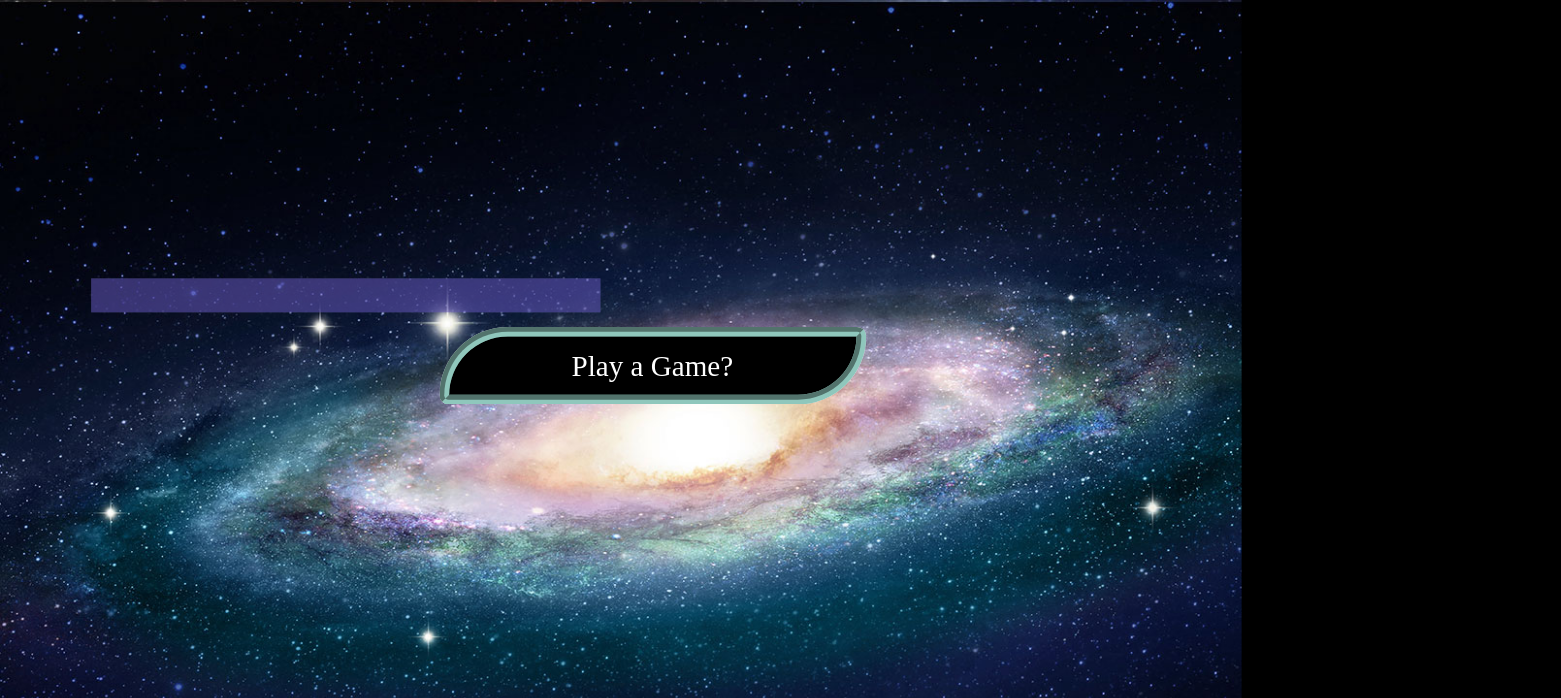
Repository: dsaftler/Trivia
Page: index.html
These files come from the project's save history. The page is drawn as it stood at one moment and after the next save; the edit follows.
The browser window is 1280 px wide. The page is 1609 px wide, so the pictures cover 1609 px, including what lies to the right of the window. The pictures show the whole page, at 97% of full size.
Some web fonts or font styles are not loaded; a fallback is used.

Above is the page before, as saved 2019-04-13 22:34:07.

### index.html
<!DOCTYPE html>
<html lang="en">
<head>
  <meta charset="UTF-8">
  <meta name="viewport" content="width=device-width, initial-scale=1.0">
  <meta http-equiv="X-UA-Compatible" content="ie=edge">
   <link rel="stylesheet" href="assets/css/reset.css" type="text/css">
  <link rel="stylesheet" href="https://stackpath.bootstrapcdn.com/bootstrap/4.3.1/css/bootstrap.min.css"
    integrity="sha384-ggOyR0iXCbMQv3Xipma34MD+dH/1fQ784/j6cY/iJTQUOhcWr7x9JvoRxT2MZw1T" crossorigin="anonymous">
  <!-- <link href="https://fonts.googleapis.com/css?family=Cherry+Swash:700" rel="stylesheet"> -->
  <link href="https://fonts.googleapis.com/css?family=Baumans" rel="stylesheet">
  <link rel="stylesheet" href="assets/css/glowing.css">

  <!-- custom css -->
  <link rel="stylesheet" href="assets/css/style.css" type="text/css">

  <title>Trivia Game</title>
</head>
<body>
<div class="container">

  <div class="scoreElements glowing darkblue">
   <div id="showWinsCnt"><span id="wins"></span></div>
   <div id="showLoseCnt"><span id="wrongs"></span></div>
   <div id="showMissCnt"><span id="misses"></span></div>
  </div>
  <div class='playElements'>
    <div id="timer"></div>
    <h2 class="showQuestion glowing darkblue" id="question"></h2>
    <ul class="showAnswers glowing darkblue">
    <li class="answers glowing cyan" id="answer0"><a href="#"></a></li>
    <li class="answers glowing darkblue" id="answer1"><a href="#"></a></li>
    <li class="answers glowing indigo" id="answer2"><a href="#"></a></li>
    <li class="answers glowing purple" id="answer3"><a href="#"></a></li>
    </ul>
    <div class="tmyk clearfix">
      <div class="extra glowing cyan"></div>
      <img class="image glowing darkblue">
    </div>
  </div>
  <div class="bgButton">
  <button class="glowing cyan" id="newGame" onclick="initGame()">Play a Game?</button>
  </div>
  <!-- <button id="temp1" onclick="newQuestion()">Next Question?</button> -->
</div>

<!-- bootstrap scripts -->
<script src="https://code.jquery.com/jquery-3.3.1.slim.min.js"
  integrity="sha384-q8i/X+965DzO0rT7abK41JStQIAqVgRVzpbzo5smXKp4YfRvH+8abtTE1Pi6jizo" crossorigin="anonymous"></script>
<script src="https://cdnjs.cloudflare.com/ajax/libs/popper.js/1.14.7/umd/popper.min.js"
  integrity="sha384-UO2eT0CpHqdSJQ6hJty5KVphtPhzWj9WO1clHTMGa3JDZwrnQq4sF86dIHNDz0W1" crossorigin="anonymous"></script>
<script src="https://stackpath.bootstrapcdn.com/bootstrap/4.3.1/js/bootstrap.min.js"
  integrity="sha384-JjSmVgyd0p3pXB1rRibZUAYoIIy6OrQ6VrjIEaFf/nJGzIxFDsf4x0xIM+B07jRM" crossorigin="anonymous"></script>
<script src="assets/javascript/app.js"></script>


</body>
</html>

### assets/css/glowing.css
/*!
 * Glowing.css - a simple pure CSS to make PNG or anything glow!
 * https://github.com/topex-psy/Glowing.css
 *
 * Version: 1.0
 * Author: Taufik Nur Rahmanda (https://www.facebook.com/TopEx.Divine)
 * Github: https://github.com/topex-psy

 * Made available under a MIT License:
 * http://www.opensource.org/licenses/mit-license.php
 */

.glowing {
	-webkit-filter: drop-shadow(0 0 0 rgba(255,255,255,.8));
	-webkit-transition: all .2s linear;
	-moz-transition: all .2s linear;
	-o-transition: all .2s linear;
	transition: all .2s linear;
}
.glowing.red:hover { -webkit-filter: drop-shadow(0 0 8px rgba(255,153,153,1)); }
.glowing.orange:hover { -webkit-filter: drop-shadow(0 0 8px rgba(244,173,66,1)); }
.glowing.yellow:hover { -webkit-filter: drop-shadow(0 0 8px rgba(244,241,66,1)); }
.glowing.green:hover { -webkit-filter: drop-shadow(0 0 8px rgba(83,244,66,1)); }
.glowing.cyan:hover { -webkit-filter: drop-shadow(0 0 8px rgba(0,255,221,1)); }
.glowing.lightblue:hover { -webkit-filter: drop-shadow(0 0 8px rgba(0,231,255,1)); }
.glowing.blue:hover { -webkit-filter: drop-shadow(0 0 8px rgba(0,153,255,1)); }
.glowing.darkblue:hover { -webkit-filter: drop-shadow(0 0 8px rgba(0,63,255,1)); }
.glowing.indigo:hover { -webkit-filter: drop-shadow(0 0 8px rgba(167,66,244,1)); }
.glowing.purple:hover { -webkit-filter: drop-shadow(0 0 8px rgba(244,66,232,1)); }
.glowing.magenta:hover { -webkit-filter: drop-shadow(0 0 8px rgba(255,109,194,1)); }
.glowing.pink:hover { -webkit-filter: drop-shadow(0 0 8px rgba(255,137,184,1)); }

.and { }
.quickly { -webkit-transition:-webkit-transform .05s !important;-moz-transition:-moz-transform .05s !important;-o-transition:-o-transform .05s !important;transition:transform .05s !important; }
.rotating:hover { -ms-transform:matrix(1.1,0.2,-0.2,1.1,0,0);-webkit-transform:matrix(1.1,0.2,-0.2,1.1,0,0);transform:matrix(1.1,0.2,-0.2,1.1,0,0); }
.zooming:hover { -ms-transform: scale(1.1,1.1);-webkit-transform: scale(1.1,1.1);transform: scale(1.1,1.1); }

.disco:hover {
	-webkit-animation-duration: 2s;
	-webkit-animation-timing-function: ease-in-out;
	-webkit-animation-iteration-count: infinite;
	-webkit-animation-name: disco;
	animation-duration: 2s;
	animation-timing-function: ease-in-out;
	animation-iteration-count: infinite;
	animation-name: disco;
}
@-webkit-keyframes disco {
	0%    { -webkit-filter: drop-shadow(0 0 8px rgba(255,153,153,1)); }
	25%  { -webkit-filter: drop-shadow(0 0 8px rgba(244,241,66,1)); }
	50%  { -webkit-filter: drop-shadow(0 0 8px rgba(0,153,255,1)); }
	75%  { -webkit-filter: drop-shadow(0 0 8px rgba(244,66,232,1)); }
	100%    { -webkit-filter: drop-shadow(0 0 8px rgba(255,153,153,1)); }
}

### assets/css/style.css
html {
  height: 100%;
}
body {
  height: 100%;
  margin: 0;
  padding:0;
  background-color: black;
   margin: auto;
  align-content: center;
  font-family: 'Baumans', cursive;
  color:white;
  font-size: 20px;
  font-weight: bolder;
}
h3{
  color: #8fc7bc;
  padding-top: 15px;

}
.container{
   height: 100%;
  margin: auto;
  background-image: url("../images/hubble.jpg");
  max-width: 1536px;
}
button{
  width:440px;
  height: 80px;
  margin: auto;
  margin-top: 15px;
  color:white;
  font-size: 30px;
  padding: 0px;
  background-color:black;
  border-color: #8fc7bc;
  border-style: groove;
  border-width: 10px;
  border-radius: 150px 20px;

}
.scoreElements{
align-content: center;
margin: auto;
width: 10%;
padding-top: 50px;
font-size: 24px;
}
#wins{
  text-align:center;
}
.bgButton{
  align-content:center;
  margin:auto;
  width:30%;
}
/* .showQuestion{
  font-size: 30px;
} */
ul li a {
  padding-left:20px;
  color: black;
  display: block;
  border-width: 3px;
  text-decoration: none;
  padding: 16px;
  width:50%
}

ul {
  list-style-type: circle;
}

li {
  display: block;
}

ul li a:hover {
  color: #7641f0;
  display: block;
  text-decoration: none;
}

li:hover {
  background-color:black;
}
.answers{
  padding-left: 5px;
  font-size: 22px;
}
.playElements {
  align-content: center;
  margin: auto;
  padding-top: 70px;
  align-content: center;
  margin: auto;
  width: 85%;
  padding-top: 70px;
}

#timer {
  font-size: 40px;
  font-weight: bolder;
}
.tmyk{
  padding-top:15px;
  width: 1500px;
  height:100%;
}
.extra{
  clear: both;
  float: left;
  width:35%;
  padding:15px;
  padding-bottom: 20px;
  margin-left: -15px;
  /* margin-top: 15px; */
  /* padding-top: 15px; */
  font-weight: lighter;
  background-color: rgba(22, 4, 152, .37);
  overflow: auto;
}
img{
  padding-top:15px;
  padding-left: 20px;
  clear: both;
  margin-left: 15px;
  max-width: 800px;
  height: auto;
  border:10px;
  border-color: #7641f0;
}

### assets/javascript/app.js
// Advanced game has a 30 second timer that counts down to 0 for each question !!!!!!!!!!!!  changed to 15 seconds
// If the timer is 0 OR  a wrong answer is chosen:
  // show the correct answer for 5 seconds
// display a new question
// restart the timer with no user interaction

// questions are contained in an array with question, array of answers, index of correct answer
// question shows in questionId
// "Correct"  or "Correct Answer" shows in answerId
// 4 possible answers show in 4 clickable buttons
// buttons have hover behavior
//  only one can be selected (by click)

// scores for Wins, Losses, and Unanswered are kept (correct, wrong, timer ==0)
// ask to play again in link
// click on play restarts the game without re-loading the page

var qArray =[];
var wins, wrongs, misses, seconds;
var correctAnswerId;
var timer;
var seconds;
var isNewGame = true;
var timerRunning=false;
var i;
var qArrayLength
var sayCorrect
var answerTime=10;
var displayInfoTime=5;
$(".answers").pointerEvents = "none";
$(document).ready(function () {
  //initGame();  // called by newGame button
  $(".answers").click(function() {
    stopTimer();
    $(".answers").css("pointer-events","none");
    //which answer did I click?
    var target = $(this).attr("id")
    for(let j = 0; j<4; j++) {
      jtarget = "answer" + j
      //console.log(jtarget)
      if (jtarget === target){
        if (j === correctAnswerId){
          showMe("win");
        } else {
          showMe("lose");
        }
      }
    }
  });
});


function initGame() {
  wins = 0;
  wrongs = 0;
  misses = 0;
  $(".scoreElements").hide();
  $(".playElements").hide();
  $(".answers.li").hide();
  $("#newGame").hide();
  loadQuestions();
  i = 0;
  newQuestion(i);
}

function newQuestion(i)
{
  console.log(i)
  if (i < qArrayLength){
    // show game pieces: question, answers
    $(".playElements").show();
    $("#timer").show();
    $(".tmyk").hide();
    q="Question "+(i+1)+":  "
    $("#question").text(q+(qArray[i].question));
    $("#answer0").text(qArray[i].ansArray[0]);
    //console.log(qArray[i].ansArray[0]);
    $("#answer1").text(qArray[i].ansArray[1]);
    $("#answer2").text(qArray[i].ansArray[2]);
    $("#answer3").text(qArray[i].ansArray[3]);
    correctAnswerId = qArray[i].correct;
    correctAnswer = qArray[i].ansArray[correctAnswerId]
    //console.log(qArray[i].ansArray[correctAnswerId]);
    info = qArray[i].extra;
    $(".answers").css("pointer-events", "auto");
    clearInterval(timer)
    seconds = answerTime;
    showTime();
    timer = setInterval(tick, 1000);
  } else {
    gameOver();
  }
}

function gameOver()
{
  $(".playElements").hide();
  $(".scoreElements").show();
  $("#showWinsCnt").text(wins + " Correct")
  $("#showLoseCnt").text( wrongs + " Wrong")
  $("#showMissCnt").text(  misses + " Time-Outs")
  $("#newGame").text("Play Again?"); // calls initGame
  $("#newGame").show();
}


//  The decrement function.
function tick()
{
  seconds--;
  if (seconds < 0) {
    //  ...run the stop function.
    stopTimer()
    showMe("miss");
    return;
  }
  showTime();
}

function stopTimer()
{
  clearInterval(timer);
  $("#answers").pointerEvents="none";
}

//  Execute the run function.
function showTime()
{
 $("#timer").text(seconds);
 //console.log(seconds);
}
function showMe(result){
  switch (result){
    case "win":
      //alert("Correct");
      sayCorrect="Correct! "
      wins++;
      break;
    case "lose":
      //alert("Incorrect");
      sayCorrect = 'Sorry...the answer was: '  + correctAnswer
      wrongs++
      break;
    case "miss":
      $("#timer").text("Timed-Out");
      sayCorrect = 'Sorry...the answer was:  ' + correctAnswer
      misses++;
      break;
   }
  showExtra();
  setTimeout(displayPause, 1000 * displayInfoTime)

  }
function showExtra(){
  imgUrl = qArray[i].image
  $(".image").attr({"src":imgUrl, "alt": qArray[i].imageAlt});

  //console.log("<img src=" + qArray[i].image + ">");
  $(".extra").html("<h3 class='glowing cyan'>"+sayCorrect + "<br/></h3>") ;
  $(".extra").append(qArray[i].extra);
  $(".tmyk").show();
  //$(".extra").show();
  //$(".image").show();

}
function displayPause(){
  stopTimer();
  clearTimeout();
  i++;
  newQuestion(i)
}

function loadQuestions(){
qArray = [
    {
      question: "How many moons are in our Solar System?",
      correct: 3,
      ansArray: [25, 50, 97, 181],
      image: "assets/images/Moons_of_solar_system.jpg",
      imgAlt: "Moons of the solar system",
      extra: "These moons (also known as natural satellites) vary greatly in size and quantity per planet. For example, the largest moon is Jupiter’s Ganymede, and the smallest is Mar’s Deimos. Ganymede has a diameter of 3,273 miles, and Deimos has a diameter of 7 miles."

    },
    {
      question: "What percent of the universe is dark matter? (Plus or minus 2%.)",
      correct: 1,
      ansArray: ["15%", "27%", "50%", "80%"],
      image: "assets/images/darkmatter.png",
      imgAlt:"Dark matter web",
      extra: "The rest of the universe is around 68% dark energy, and less than 5% of the universe is made up of what we would consider ‘normal’ matter. This means that roughly 80% of the mass of the universe is made up of material we cannot see."
    },
    {
      question: "What is the most common type of star found in the Milky Way?",
      correct: 1,
      ansArray: ["Neutron stars", "Red dwarf stars", "Supernovae", "G-type"],
      image: "assets/images/red-dwarf.jpg",
      imgAlt: "Types of Stars Infographic",
      extra: "Red dwarf stars make up an estimated ¾ of all stars found in the Milky Way. The surface temperature of red dwarf stars is less than 4,000 Kelvin, and they have a very low luminosity and therefore cannot be easily seen. In fact, from Earth not one red dwarf star can be seen with the naked eye. Since they develop very slowly and are constant for trillions of years, there are actually no advanced stars of this type in our galaxy because our galaxy is too young!"
    },
    {
      question: "What is the closest star to the Sun?",
      correct: 0,
      ansArray: ["Proxima Centauri", "Tau Ceti", "51 Pegasi", "Rigel"],
      image: "assets/images/proxima_centauri.jpg",
      imgAlt: "Proxima Centauri",
      extra: "Proxima Centauri is a red dwarf star located in Alpha Centauri system, which is in the Centaurus constellation. Alpha Centauri is actually a triple star system with Proxima Centauri being the closest to the sun. It is 4.24 light years away from the sun, and is not visible to the naked eye from Earth."
    },
    {
      question: "What has a gravitational pull so strong that even light cannot escape it?",
      correct: 2,
      ansArray: ["Quantum Gravity", "True Love", "Black Hole", "Worm Hole"],
      image: "assets/images/blackhole.jpg",
      imgAlt: "Black Hole",
      extra: "Black holes are one of the deadliest things in the universe. They are formed when a star with a mass more than three times that of our sun dies and collapses onto itself after an explosion called a supernova. Black holes can siphon the gas out of stars until they vanish. They can even break apart and swallow planets."
    },
    {
      question: "Which NASA space flight was the last manned mission to the moon?",
      correct: 3,
      ansArray: ["Gemini 12", "Skynet 1.0", "Apollo 13","Apollo 17"],
      image: "assets/images/moon-landing.jpg",
      imgAlt: "Moon Landing",
      extra: "Apollo 17 launched on December 7, 1972 as the first night launch done by NASA. It was also the final mission of NASA’s Apollo program. Apollo 17 was the last time humans traveled beyond low Earth orbit. The mission also boasted that at the time it had the longest moon landing, largest lunar samples, longest time in orbit, and the longest total moonwalks."
    },
    {
      question: "What is the longest continuous time a human has spent in space? (Plus or minus 20 days.)",
      correct: 2,
      ansArray: ["37 days", "189 days", "437 days", "682 days"],
      image: "assets/images/poljakov.jpg",
      imgAlt: "Portrait of Poljakov",
      extra: "This amounts to more than 14 months in space. This feat was accomplished by Valeri Polyakov, a Russian astronaut who stayed aboard the Mir space station from January 1994 to March 1995. When Polyakov retired he had over 678 cumulative days in space, and his combined space time was over 22 months."
    },
    {
      question: "How much time does sun rays take to reach earth?",
      correct: 2,
      ansArray: ["58 seconds", "3.5 minutes", "8 minutes", "14 minutes"],
      image: "assets/images/Earth_to_Sun.png",
      imgAlt: "Distance to the Sun",
      extra: "The speed of light in vacuum, commonly denoted c, is a universal physical constant important in many areas of physics. Its exact value is299,792,458 meters per second (approximately 300,000 km/s (186,000 mi/s))."
    },
    {
      question: "When will Halley’s Comet will be visible from Earth again?",
      correct: 2,
      ansArray: ["2024", "2039", "2061", "2101"],
      image: "assets/images/HalleysComet.jpg",
      imgAlt: "Haley's Comet",
      extra: "Halley's Comet is arguably the most famous comet. It is a ‘periodic’ comet and returns to Earth's vicinity about every 75 years, making it possible for a human to see it twice in his or her lifetime. The last time it was here was in 1986, and it is projected to return in 2061."
    },
    {
      question: "How long was the shortest space flight?",
      correct: 0,
      ansArray: ["15 minutes", "73 minutes", "4.5 hours", "3 days"],
      image: "assets/images/freedom7.jpg",
      imgAlt: "Freedom 7 launch",
      extra: "This occurred on May 5, 1961 when Alan Shepard achieved an altitude of 115 miles in NASA’s Freedom 7. He was also the first American in space. Shepard later went on to become the oldest person to walk on the surface of the moon. He achieved this in 1971 during the Apollo 14 mission. At the time, he was 47 years old."
    }
  ]
  qArrayLength=qArray.length;
  //console.log(qArray);
};

Loaded but not shown: assets/css/reset.css (no stored copy; drawn as an empty file)

After the next save:
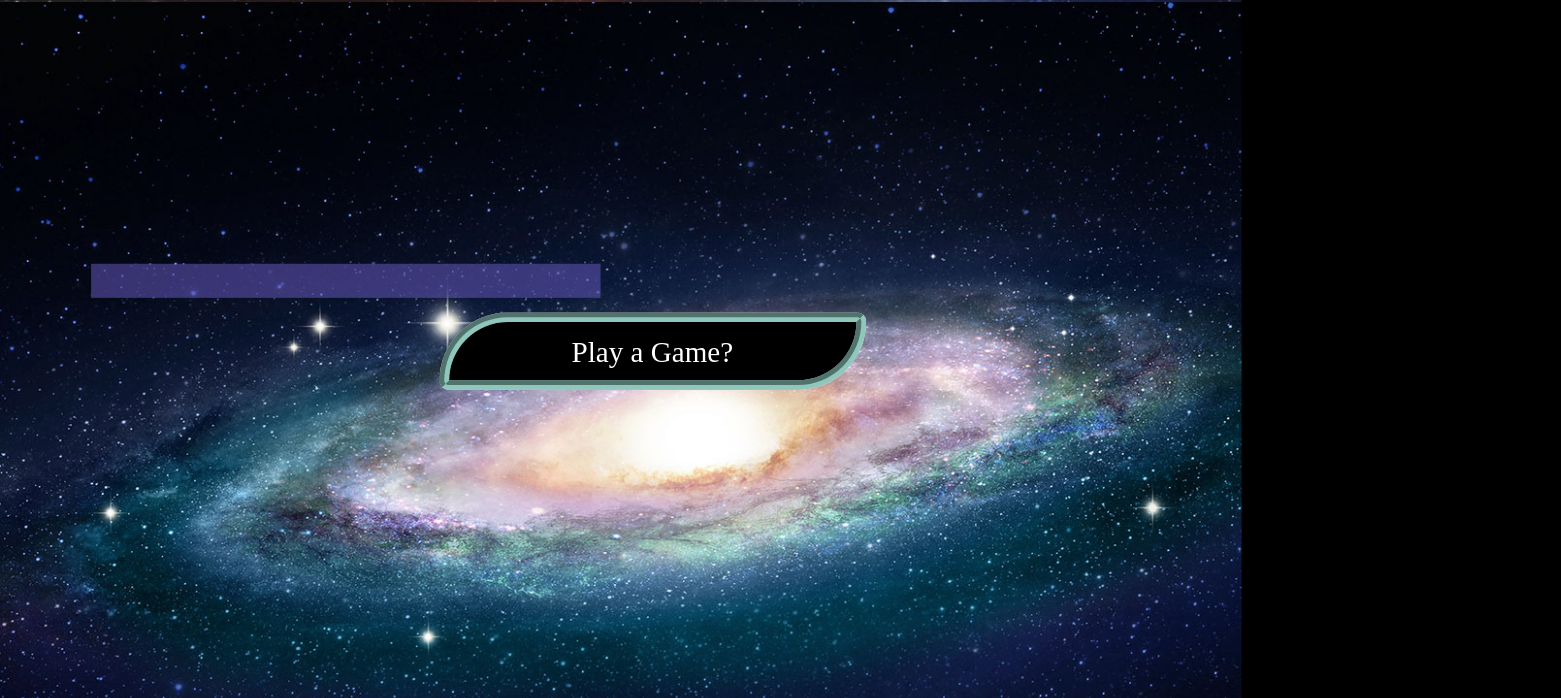
Saved 60 s later.
--- a/assets/css/style.css
+++ b/assets/css/style.css
@@ -103,7 +103,6 @@
   font-weight: bolder;
 }
 .tmyk{
-  padding-top:15px;
   width: 1500px;
   height:100%;
 }
@@ -112,6 +111,7 @@
   float: left;
   width:35%;
   padding:15px;
+
   padding-bottom: 20px;
   margin-left: -15px;
   /* margin-top: 15px; */

After the save that followed:
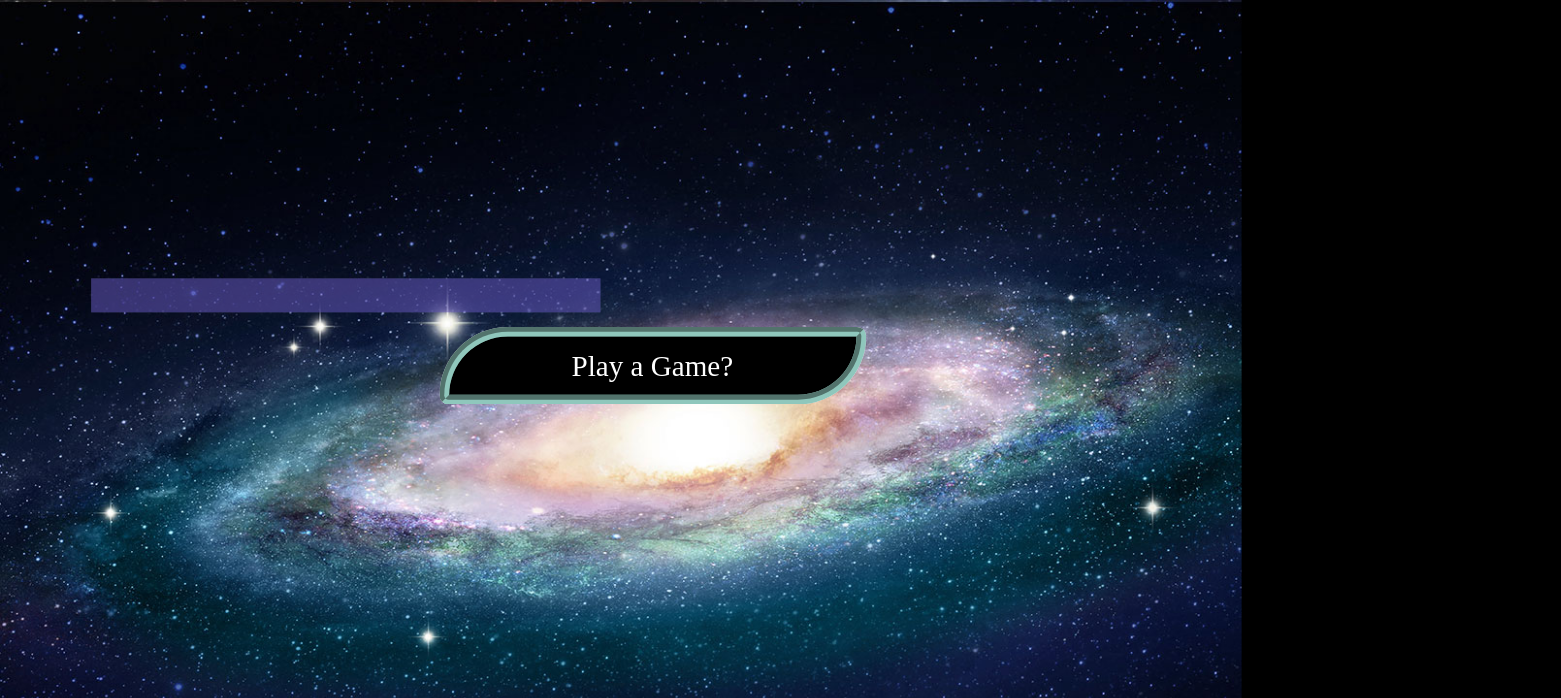
Saved 60 s later.
--- a/assets/css/style.css
+++ b/assets/css/style.css
@@ -111,7 +111,7 @@
   float: left;
   width:35%;
   padding:15px;
-
+ margin-top: 15px;
   padding-bottom: 20px;
   margin-left: -15px;
   /* margin-top: 15px; */
